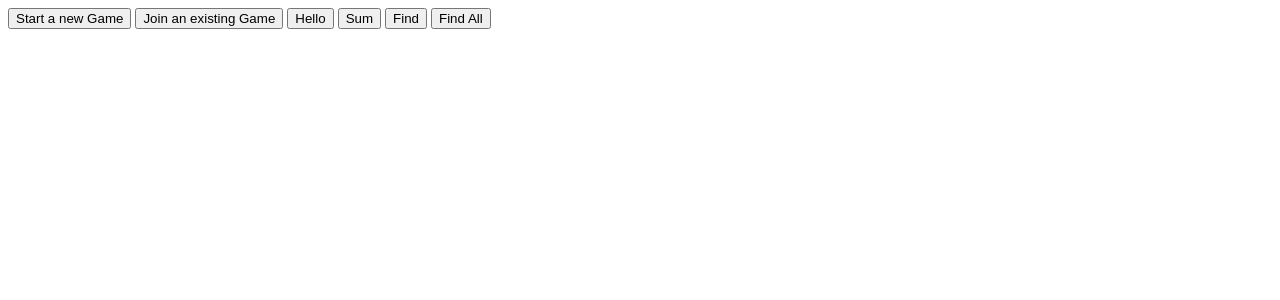
Repository: J2EEBeliever/ISA681_Poker2
Page: http://localhost/StrutsAjax/
An editor plug-in stored every save of this project. The page is shown before and after the next save, followed by the edit.
The browser window is 1280 px wide. The pictures show the whole page.
The page is served by Tomcat 9. Nobody is signed in. The application's start-up code is not run.

Above is the page before, as saved 2015-12-04 16:53:22.

After the next save:
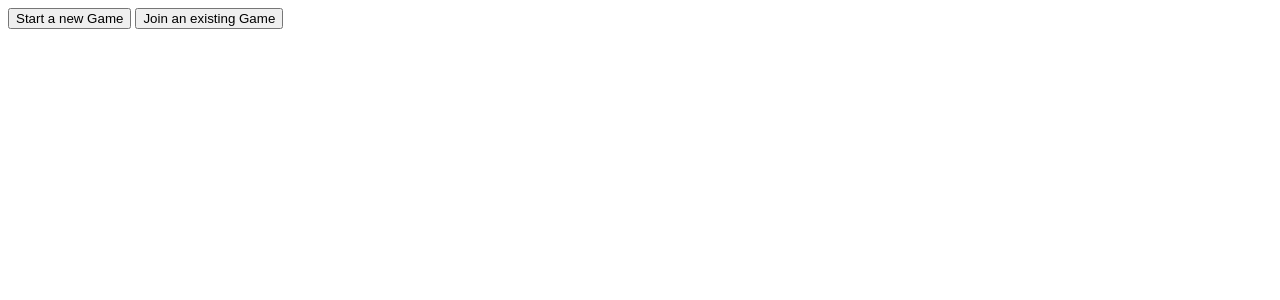
Saved 3 min 34 s later.
--- a/SOURCE/StrutsAjax/WebContent/index.jsp
+++ b/SOURCE/StrutsAjax/WebContent/index.jsp
@@ -257,10 +257,10 @@ $(document).ready(function() {
 	<input type="button" value="Join an existing Game" id="buttonJoinGame2">
 
 
-	<input type="button" value="Hello" id="buttonHello">
+	<!--   input type="button" value="Hello" id="buttonHello">
 	<input type="button" value="Sum" id="buttonSum">
 	<input type="button" value="Find" id="buttonFind">
-	<input type="button" value="Find All" id="buttonFindAll">
+	<input type="button" value="Find All" id="buttonFindAll" -->
 	<br>
 	<div class="result"></div>
 
